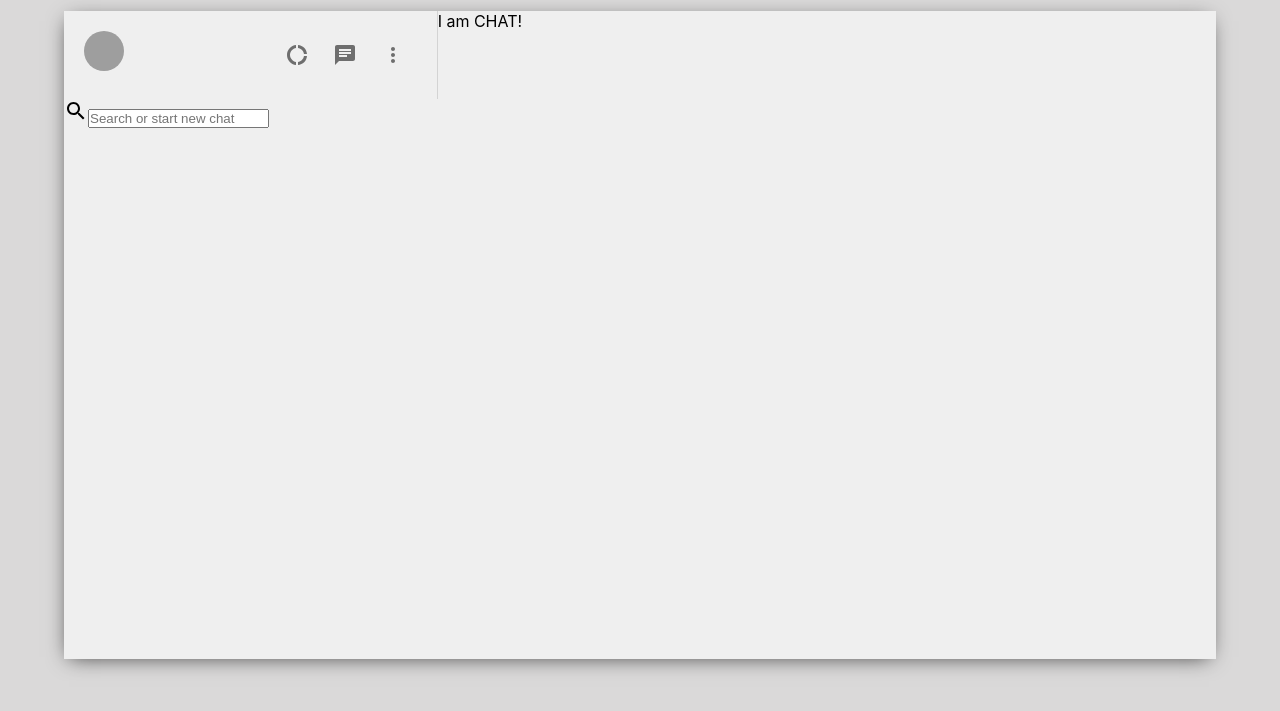
Repository: BogoGit/clone-whatsapp
Page: / (app in whatsapp-front/)
These files come from the project's save history. The page is drawn as it stood at one moment and after the next save; the edit follows.
The browser window is 1280 px wide. The pictures show the whole page.
Pictures or frames that could not be fetched are drawn as grey boxes. The project was rebuilt for these pictures with package versions that can differ from the ones it lists, and the page was loaded fresh each time.

Above is the page before, as saved 2020-11-18 17:07:17.

After the next save:
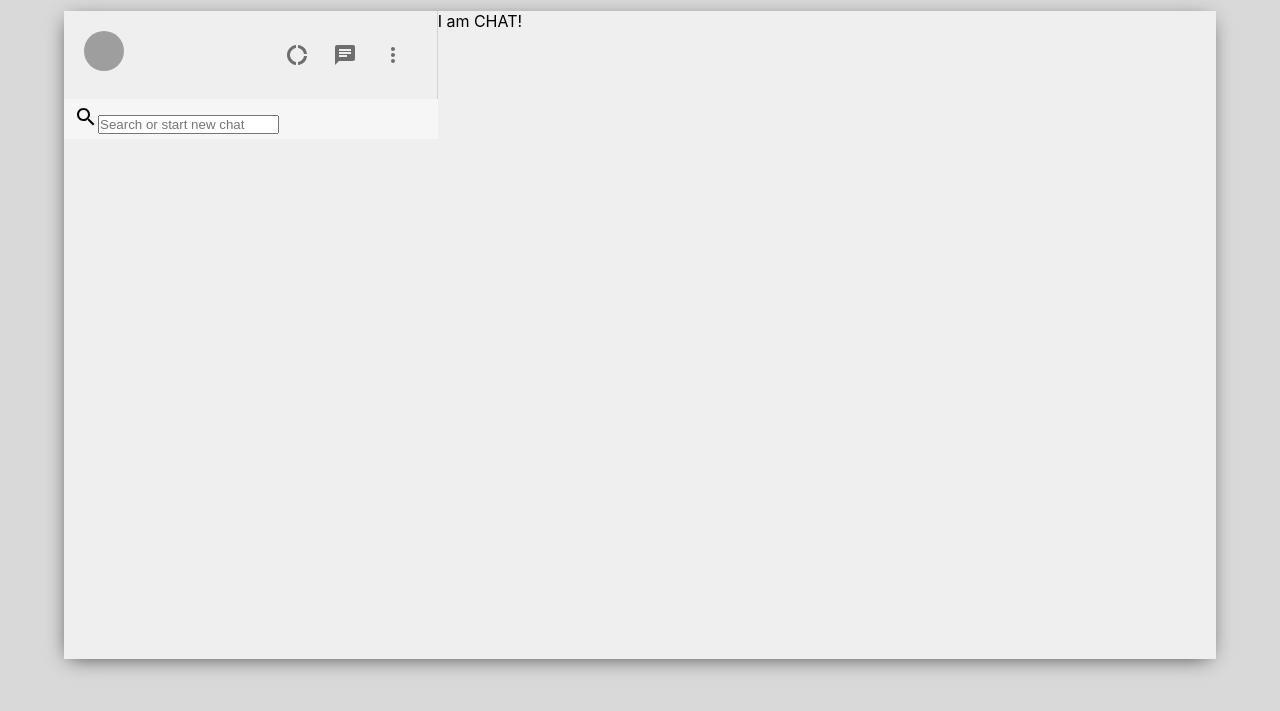
Saved 42 s later.
--- a/whatsapp-front/src/Components/Sidebar.css
+++ b/whatsapp-front/src/Components/Sidebar.css
@@ -21,3 +21,11 @@
 .MuiSvgIcon-root {
 	font-size: 2.4rem !important;
 }
+
+.sidebar__search {
+	display: flex;
+	align-items: center;
+	background-color: #f6f6f6;
+	height: 4rem;
+	padding: 1rem;
+}
